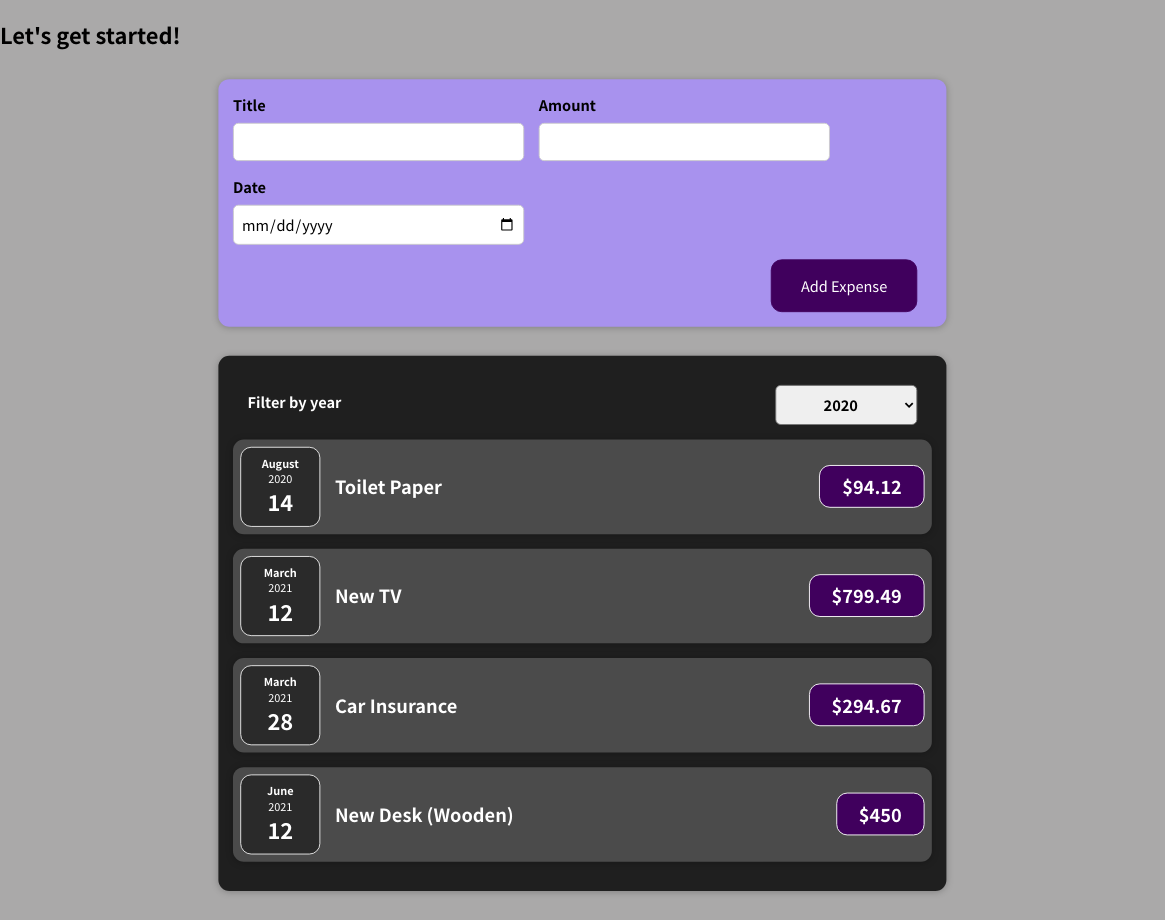
Repository: otvertka/MSC
Page: /
These files come from the project's save history. The page is drawn as it stood at one moment and after a run of saves; the edit follows.
The browser window is 1280 px wide. The pictures show the whole page, at 91% of full size.
The project was rebuilt for these pictures with package versions that can differ from the ones it lists, and the page was loaded fresh each time.

Above is the page before, as saved 2023-06-27 16:41:31.

### src/index.css
@import url("https://fonts.googleapis.com/css2?family=Noto+Sans+JP:wght@400;700&display=swap");

* {
  box-sizing: border-box;
}

html {
  font-family: "Noto Sans JP", sans-serif;
}

body {
  margin: 0;
  background-color: #aaa9a9;
}

### src/App.js
// import ExpenseItem from "./components/ExpenseItem";
import Expenses from "./components/Expenses/Expenses";
import React from "react";
import NewExpense from "./components/NewExpense/NewExpense";
// import Products from "./components/Products";

const App = () => {
  const expenses = [
    {
      id: "e1",
      title: "Toilet Paper",
      amount: 94.12,
      date: new Date(2020, 7, 14),
    },
    { id: "e2", title: "New TV", amount: 799.49, date: new Date(2021, 2, 12) },
    {
      id: "e3",
      title: "Car Insurance",
      amount: 294.67,
      date: new Date(2021, 2, 28),
    },
    {
      id: "e4",
      title: "New Desk (Wooden)",
      amount: 450,
      date: new Date(2021, 5, 12),
    },
  ];

  const addExpenseHandler = (expense) => {
    console.log("In App.js");
    console.log(expense);
  };

  return (
    <div>
      <h2>Let's get started!</h2>
      <NewExpense onAddExpense={addExpenseHandler} />
      <Expenses items={expenses} />
    </div>
  );
};

export default App;

var searchArray = function (arrayToSearch, query) {
  for (let i = 0; i < arrayToSearch.length; i++) {
    console.log(arrayToSearch[i]);
  }
};
searchArray([
  [1, 2],
  [3, 4],
  [5, 6],
]);

// var arrayToSearch = [[1,2],[3,4],[5,6]];
// var query = [1,2]; // => 0
// query = [5,6]; // => 2
// query = [9,2]; // => -1

### src/components/Expenses/Expenses.js
import React, { useState } from "react";
import ExpenseItem from "./ExpenseItem";

import "./Expenses.css";
import Card from "../UI/Card";
import ExpensesFilter from "./ExpensesFilter";

const Expenses = (props) => {
  const [filteredYear, setFilteredYear] = useState("2020");

  let filterInfoText = "2019, 2021 & 2022";

  if (filteredYear === "2019") {
    filterInfoText = "2020, 2021 & 2022";
  } else if (filteredYear === "2021") {
    filterInfoText = "2019, 2020, 2022";
  } else {
    filterInfoText = "2019, 2020 & 2021";
  }
  const filterChangeHandler = (selectedYear) => {
    setFilteredYear(selectedYear);
  };

  return (
    <div>
      <Card className="expenses">
        <ExpensesFilter
          selected={filteredYear}
          onChangeFilter={filterChangeHandler}
        />

        {props.items.map((expense) => (
          <ExpenseItem
            title={expense.title}
            amount={expense.amount}
            date={expense.date}
          />
        ))}
      </Card>
    </div>
  );
};

export default Expenses;

### src/components/NewExpense/NewExpense.js
import React from "react";
import ExpenseForm from "./ExpenseForm";
import "./NewExpense.css";

const NewExpense = (props) => {
  const saveExpenseDataHandler = (enteredExpenseData) => {
    const expenseData = {
      ...enteredExpenseData,
      id: Math.random().toString(),
    };
    props.onAddExpense(expenseData);
  };

  return (
    <div className="new-expense">
      <ExpenseForm onSaveExpenseData={saveExpenseDataHandler} />
    </div>
  );
};
export default NewExpense;

### src/components/Expenses/ExpenseItem.js
import React from "react";
import Card from "../UI/Card";
import ExpenseDate from "./ExpenseDate";
import "./ExpenseItem.css";

const ExpenseItem = (props) => {
  return (
    //
    <Card className="expense-item">
      <ExpenseDate date={props.date} />
      <div className="expense-item__description">
        <h2>{props.title}</h2>
        <div className="expense-item__price">${props.amount}</div>
      </div>
    </Card>
  );
};

export default ExpenseItem;

### src/components/Expenses/ExpensesFilter.js
import React from "react";

import "./ExpensesFilter.css";

// const ExpensesFilter = (props) => {
//     const chooseExpenseFilter = (choosingFilterData)=> {
//         const choosingData = {
//             choosingFilterData
//         }
//         props.onChooseFilter(choosingData)
//     }
const ExpensesFilter = (props) => {
  const dropdownChangeHandler = (event) => {
    props.onChangeFilter(event.target.value);
  };
  return (
    <div className="expenses-filter">
      <div className="expenses-filter__control">
        <label>Filter by year</label>
        <select value={props.selected} onChange={dropdownChangeHandler}>
          <option value="2022">2022</option>
          <option value="2021">2021</option>
          <option value="2020">2020</option>
          <option value="2019">2019</option>
        </select>
      </div>
    </div>
  );
};

export default ExpensesFilter;

### src/components/NewExpense/ExpenseForm.js
import React, { useState } from "react";
import "./ExpenseForm.css";

const ExpenseForm = (props) => {
  const [enteredTitle, setEnteredTitle] = useState("");
  const [enteredAmount, setEnteredAmount] = useState("");
  const [enteredDate, setEnteredDate] = useState("");

  // const [userInput, setUserInput] = useState({
  //   enteredTitle: "",
  //   enteredAmount: "",
  //   enteredDate: "",
  // });

  const titleChangeHandler = (event) => {
    setEnteredTitle(event.target.value);
    // console.log(event.target.value);
    // setUserInput({
    //   ...userInput,
    //   enteredTitle: event.target.value,
    // });
    // console.log(enteredTitle);

    // setUserInput((prevState) => {
    //   return { ...prevState, enteredTitle: event.target.value };
    // });
  };

  const amountChangeHandler = (event) => {
    setEnteredAmount(event.target.value);
    // console.log(event.target.value);
    // setUserInput({
    //   ...userInput,
    //   enteredAmount: event.target.value,
    // });
    // console.log(enteredAmount);
  };

  const dateChangeHandler = (event) => {
    setEnteredDate(event.target.value);
    // setUserInput({
    //   ...userInput,
    //   enteredDate: event.target.value,
    // });
    // console.log(enteredDate);
  };

  // альтернативный способ в 1 функции
  // const inputChangeHandler = (identifier, value) => {
  //   if (identifier === "title") {
  //     setEnteredTitle(value);
  //   } else if (identifier === "date") {
  //     setEnteredDate(value);
  //   } else {
  //     setEnteredAmount(value);
  //   }
  //   console.log(value);
  // };

  const submitHandler = (event) => {
    event.preventDefault();

    const expenseData = {
      title: enteredTitle,
      amount: enteredAmount,
      date: new Date(enteredDate),
    };
    props.onSaveExpenseData(expenseData);
    setEnteredTitle("");
    setEnteredAmount("");
    setEnteredDate("");
  };
  return (
    <div>
      <form onSubmit={submitHandler}>
        <div className="new-expense__controls">
          <div className="new-expense__control">
            <label>Title</label>
            <input
              type="text"
              value={enteredTitle}
              onChange={titleChangeHandler}
            />
          </div>
          <div className="new-expense__control">
            <label>Amount</label>
            <input
              type="number"
              min="0.01"
              step="0.01"
              value={enteredAmount}
              onChange={amountChangeHandler}
            />
          </div>
          <div className="new-expense__control">
            <label>Date</label>
            <input
              type="date"
              min="2019-01-01"
              max="2022-12-31"
              value={enteredDate}
              onChange={dateChangeHandler}
            />
          </div>
        </div>
        <div className="new-expense__actions">
          <button type="submit">Add Expense</button>
        </div>
      </form>
    </div>
  );
};

export default ExpenseForm;

////////////// TODO
// import React, {useState} from 'react';

// import './styles.css';

// // don't change the Component name "App"
// export default function App() {
//     const [count, setCount] = React.useState(0);

// const changeCount =(event)=> {
//     setCount(event.target.value++);
// }

//     return (
//       <div>
//         <p id="counter">{count}</p>
//         <button onClick={changeCount}>Increment</button>
//       </div>
//     );
// }

### src/components/NewExpense/NewExpense.css
.new-expense {
  background-color: #a892ee;
  padding: 1rem;
  margin: 2rem auto;
  width: 50rem;
  max-width: 95%;
  border-radius: 12px;
  text-align: center;
  box-shadow: 0 1px 8px rgba(0, 0, 0, 0.25);
}

.new-expense button {
  font: inherit;
  cursor: pointer;
  padding: 1rem 2rem;
  border: 1px solid #40005d;
  background-color: #40005d;
  color: white;
  border-radius: 12px;
  margin-right: 1rem;
}

.new-expense button:hover,
.new-expense button:active {
  background-color: #510674;
  border-color: #510674;
}

.new-expense button.alternative {
  color: #220131;
  border-color: transparent;
  background-color: transparent;
}

.new-expense button.alternative:hover,
.new-expense button.alternative:active {
  background-color: #ddb3f8;
}

### src/components/Expenses/ExpenseItem.css
.expense-item {
  display: flex;
  justify-content: space-between;
  align-items: center;
  padding: 0.5rem;
  margin: 1rem 0;
  background-color: #4b4b4b;
}

.expense-item__description {
  display: flex;
  flex-direction: column;
  gap: 1rem;
  align-items: flex-end;
  flex-flow: column-reverse;
  justify-content: flex-start;
  flex: 1;
}

.expense-item h2 {
  color: #3a3a3a;
  font-size: 1rem;
  flex: 1;
  margin: 0 1rem;
  color: white;
}

.expense-item__price {
  font-size: 1rem;
  font-weight: bold;
  color: white;
  background-color: #40005d;
  border: 1px solid white;
  padding: 0.5rem;
  border-radius: 12px;
}

@media (min-width: 580px) {
  .expense-item__description {
    flex-direction: row;
    align-items: center;
    justify-content: flex-start;
    flex: 1;
  }

  .expense-item__description h2 {
    font-size: 1.25rem;
  }

  .expense-item__price {
    font-size: 1.25rem;
    padding: 0.5rem 1.5rem;
  }
}

### src/components/Header.js
function Header(props) {
  return (
    <header>
      <h1>First header</h1>
      <h2>Second header</h2>
    </header>
  );
}

function Nav() {
  return (
    <nav>
      <ul>
        <li>one</li>
        <li>two</li>
        <li>three</li>
      </ul>
    </nav>
  );
}

Loaded but not shown: public/index.html (common file); src/index.js (common file); src/components/Expenses/Expenses.css (common file); src/components/UI/Card.js (common file); src/components/Expenses/ExpenseDate.js (common file); src/components/UI/Card.css (common file); src/components/Expenses/ExpensesFilter.css (common file); src/components/NewExpense/ExpenseForm.css (common file); src/components/Expenses/ExpenseDate.css (common file)

After the next 4 saves:
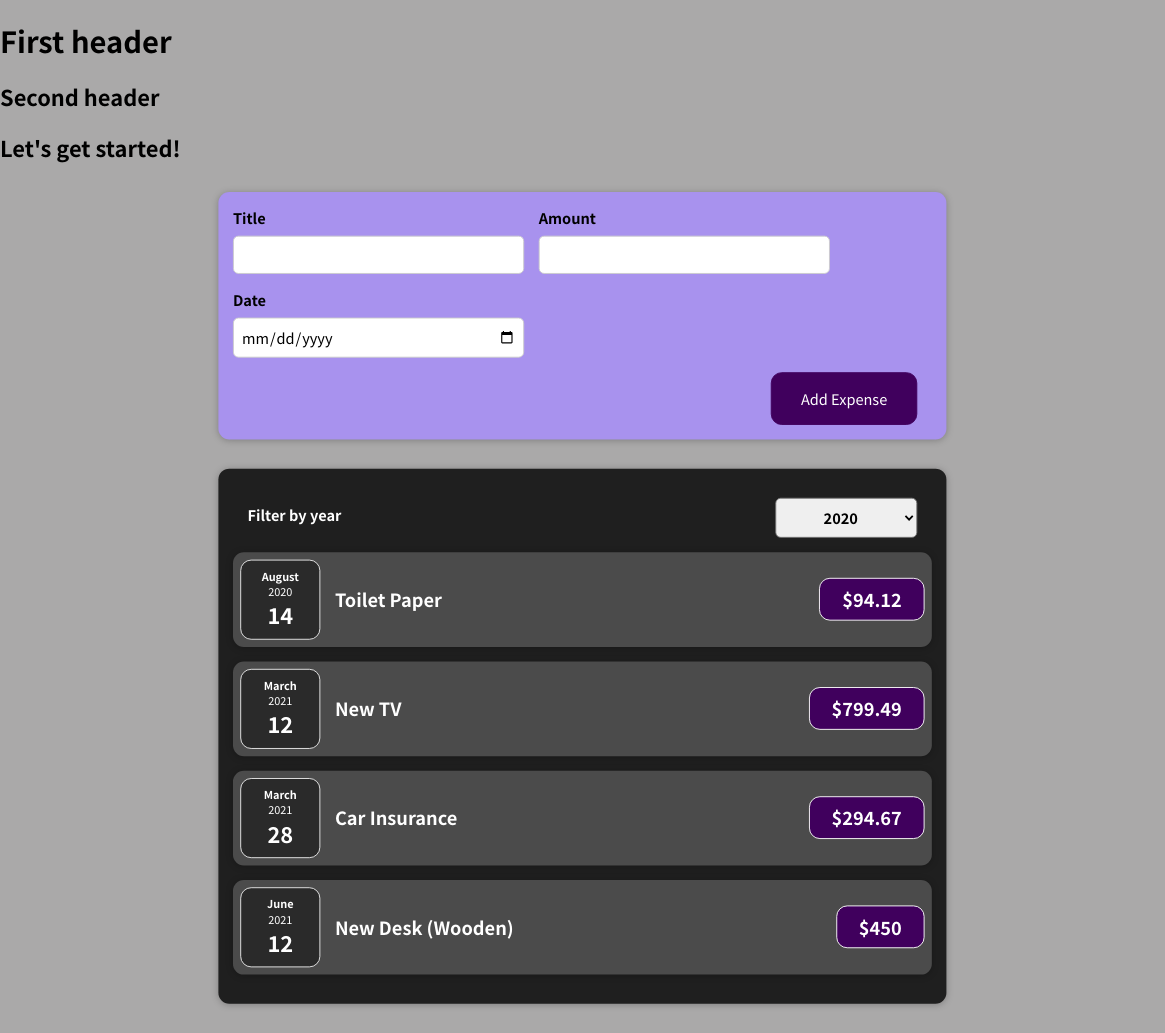
The 4 saves are shown as one change because 3 did not build or start.
The last was saved 2 min 15 s later.
--- a/src/App.js
+++ b/src/App.js
@@ -2,7 +2,9 @@
 import Expenses from "./components/Expenses/Expenses";
 import React from "react";
 import NewExpense from "./components/NewExpense/NewExpense";
+
 // import Products from "./components/Products";
+import Header from "./components/Header.js";
 
 const App = () => {
   const expenses = [
@@ -34,6 +36,7 @@ const App = () => {
 
   return (
     <div>
+      <Header />
       <h2>Let's get started!</h2>
       <NewExpense onAddExpense={addExpenseHandler} />
       <Expenses items={expenses} />
@@ -42,19 +45,3 @@ const App = () => {
 };
 
 export default App;
-
-var searchArray = function (arrayToSearch, query) {
-  for (let i = 0; i < arrayToSearch.length; i++) {
-    console.log(arrayToSearch[i]);
-  }
-};
-searchArray([
-  [1, 2],
-  [3, 4],
-  [5, 6],
-]);
-
-// var arrayToSearch = [[1,2],[3,4],[5,6]];
-// var query = [1,2]; // => 0
-// query = [5,6]; // => 2
-// query = [9,2]; // => -1
--- a/src/components/Header.js
+++ b/src/components/Header.js
@@ -18,3 +18,5 @@ function Nav() {
     </nav>
   );
 }
+
+export default Header;
